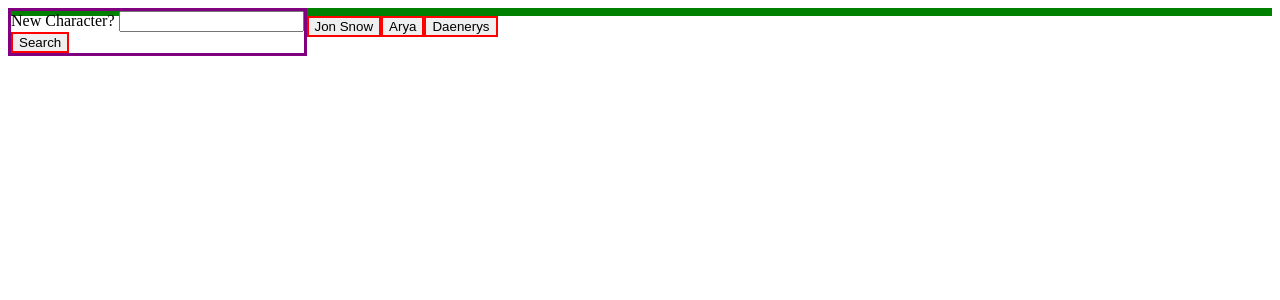
Repository: dsaftler/GifTastic
Page: index.html
The author's editor kept a copy of each file at every save. The page is drawn from the files as they stood at one save, then again after the next save.
The browser window is 1280 px wide. The pictures show the whole page.
Some web libraries are served in a nearby version.

Above is the page before, as saved 2019-04-19 18:25:33.

After the next save:
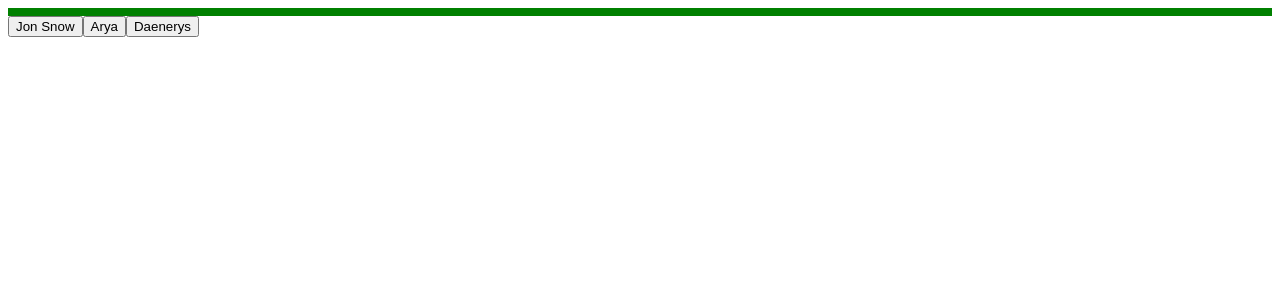
Saved 6 s later.
--- a/assets/Javascript/app.js
+++ b/assets/Javascript/app.js
@@ -2,7 +2,7 @@
 var topics = ["Jon Snow",  "Arya", "Daenerys"];
 var topic, newBtn, i, btnId
 //$("button").on("click", getGif());
-
+$('.getTopic').hide()
 $(function () {
   createButtons();
 //$(".getTopic").hide();
@@ -14,7 +14,7 @@
     topic=topics[i]
     // btnId ='topicbtn_' + i
     var newBtn = $('<button>' + topic + '</button>')
-        .addClass('btn')
+        .addClass('imgBtn')
         .attr("id",'topicbtn_' + i)
         .attr('onclick', 'getGif(this.textContent);')
        $(".btnsDiv").append(newBtn);
